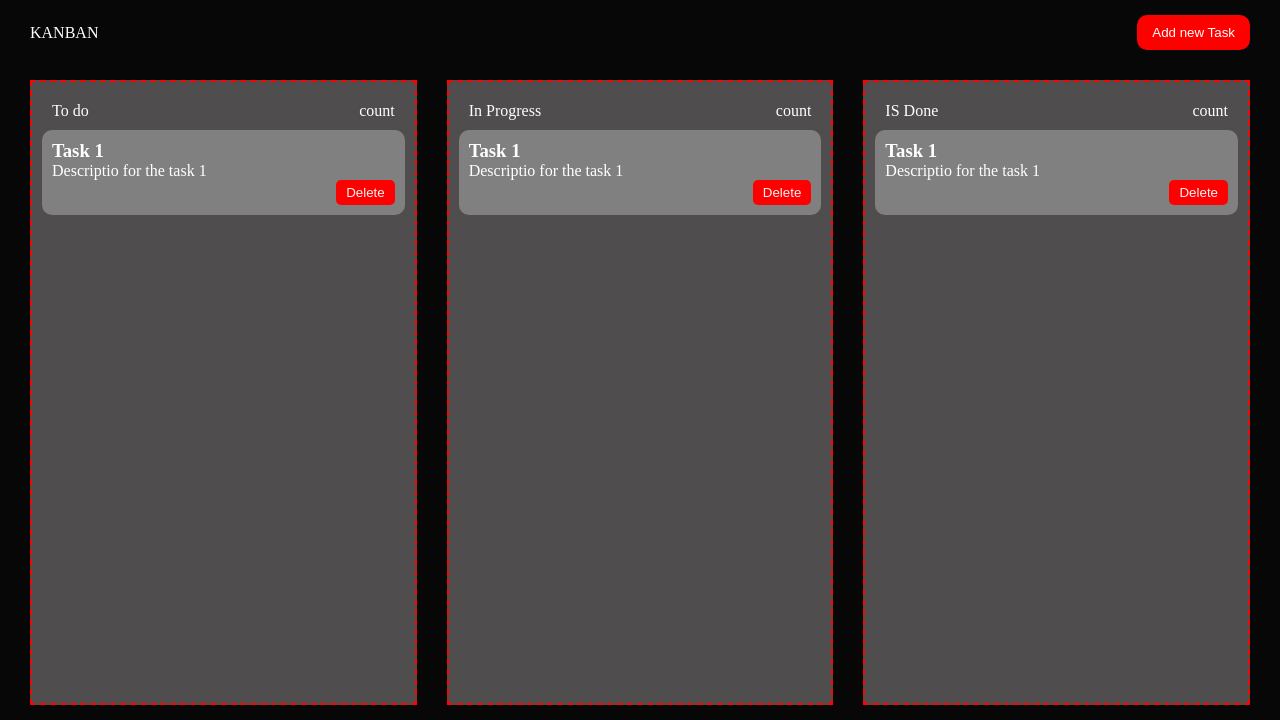
Repository: Sandeepji-5/Kanban-board
Page: index.html
The author's editor kept a copy of each file at every save. The page is drawn from the files as they stood at one save, then again after the next save.
The browser window is 1280 px wide. The pictures show the whole page.

Above is the page before, as saved 2025-12-09 11:25:36.

After the next save:
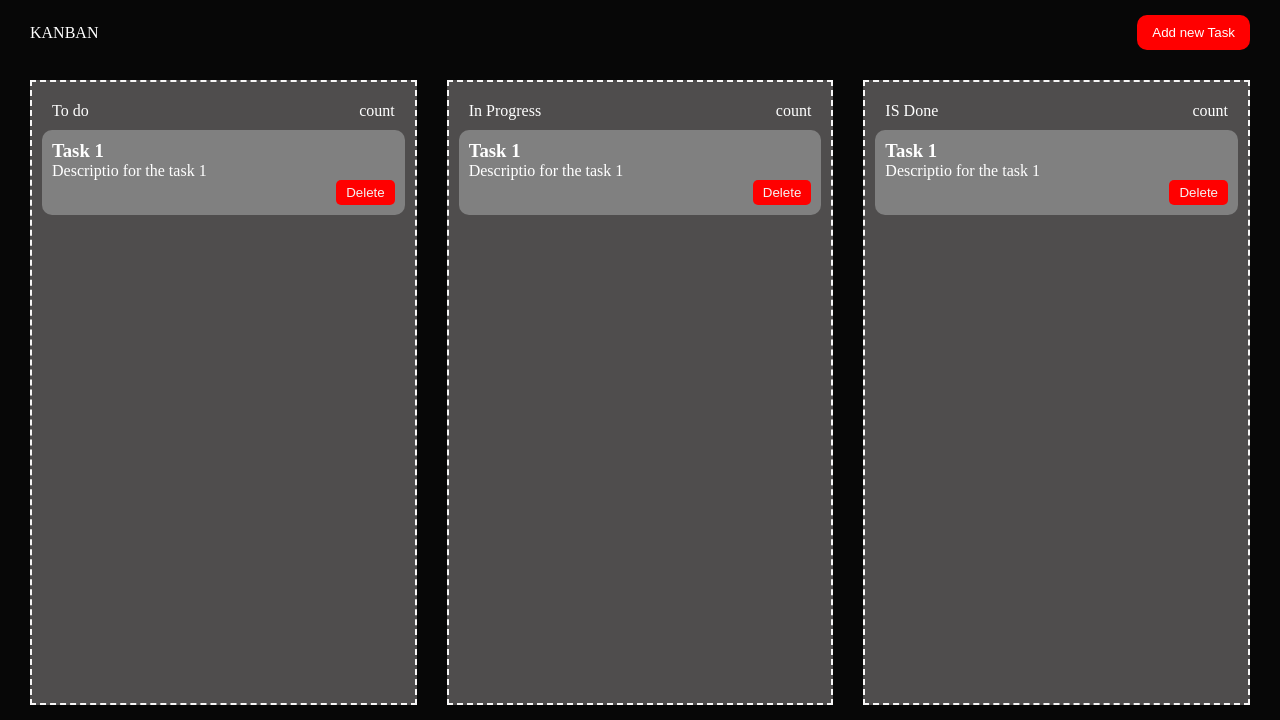
Saved 11 s later.
--- a/style.css
+++ b/style.css
@@ -94,7 +94,7 @@ section .task-column{
     display: flex;
     flex-direction: column;
     transition: all 0.7s cubic-bezier(0.19, 1, 0.22, 1);
-        border: 2px dashed red;
+        border: 2px dashed rgb(247, 246, 246);
 
 
 
